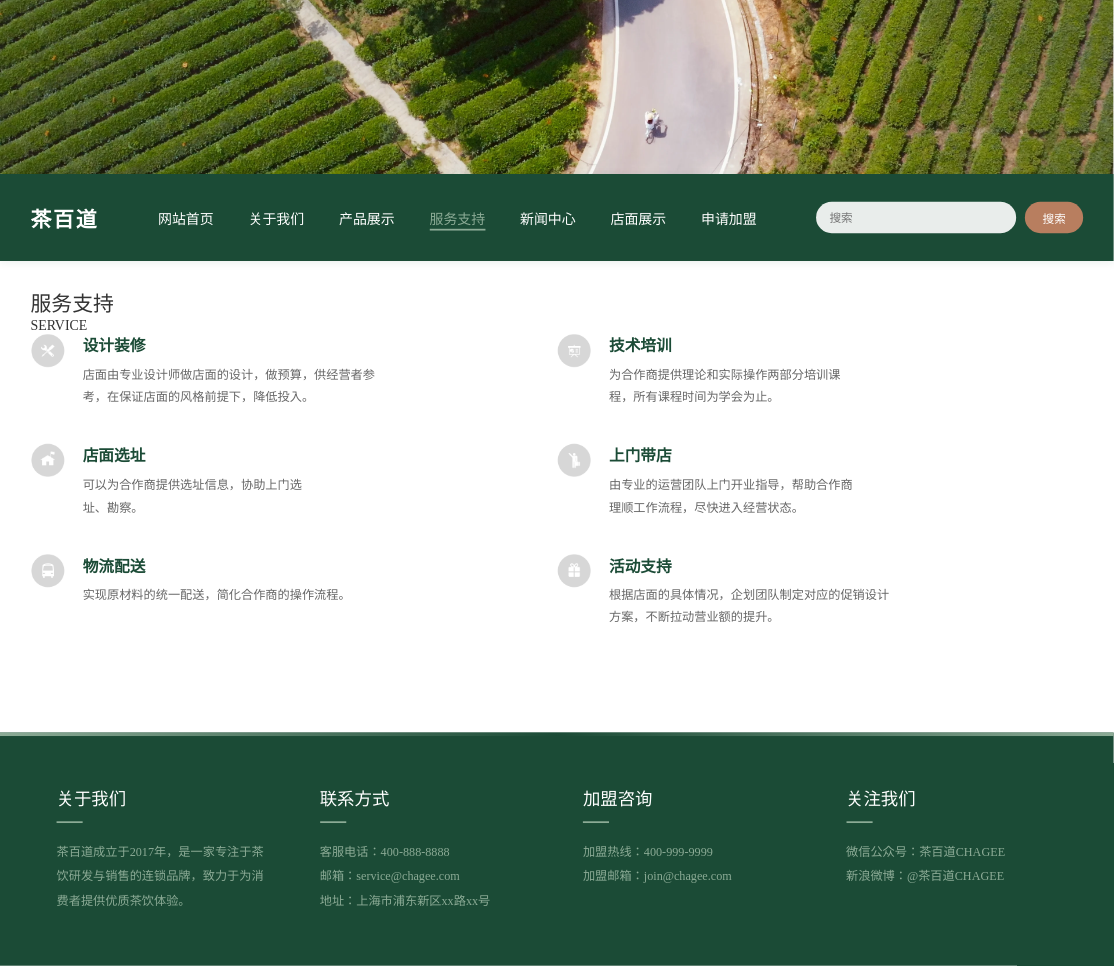
Repository: huang-heavenly-Emperor/chabaidao
Page: service.html
The author's editor kept a copy of each file at every save. The page is drawn from the files as they stood at one save, then again after a run of saves.
The browser window is 1280 px wide. The pictures show the whole page, at 87% of full size.

Above is the page before, as saved 2024-12-13 19:24:58.

### service.html
<!DOCTYPE html>
<html>
<head>
    <meta charset="UTF-8">
    <title>服务支持 - 茶百道</title>
    <link rel="stylesheet" href="css/common.css">
    <link rel="stylesheet" href="css/pages/service.css">
</head>
<body>
    <div class="container">
        <!-- 头部区域 -->
        <div class="header">
            <div class="top-banner">
                <img src="./images/common/header-bg.webp" alt="顶部横幅">
            </div>
            <div class="nav">
                <div class="nav-content">
                    <div class="logo">
                        <h1>茶百道</h1>
                    </div>
                    <ul class="nav-list">
                        <li><a href="./index.html">网站首页</a></li>
                        <li><a href="./about.html">关于我们</a></li>
                        <li><a href="./products.html">产品展示</a></li>
                        <li><a href="./service.html" class="active">服务支持</a></li>
                        <li><a href="./news.html">新闻中心</a></li>
                        <li><a href="./stores.html">店面展示</a></li>
                        <li><a href="./join.html">申请加盟</a></li>
                    </ul>
                    <div class="search">
                        <input type="text" placeholder="搜索">
                        <button>搜索</button>
                    </div>
                </div>
            </div>
        </div>

        <!-- 主要内容 -->
        <div class="main">
            <div class="service-title">
                <h2>服务支持</h2>
                <p>SERVICE</p>
            </div>

            <div class="service-content">
                <ul class="service-left">
                    <li class="dian1">
                        <h3>设计装修</h3>
                        <span>店面由专业设计师做店面的设计，做预算，供经营者参<br>考，在保证店面的风格前提下，降低投入。</span>
                    </li>
                    <li class="dian2">
                        <h3>店面选址</h3>
                        <span>可以为合作商提供选址信息，协助上门选<br>址、勘察。</span>
                    </li>
                    <li class="dian3">
                        <h3>物流配送</h3>
                        <span>实现原材料的统一配送，简化合作商的操作流程。</span>
                    </li>
                </ul>

                <ul class="service-right">
                    <li class="dian4">
                        <h3>技术培训</h3>
                        <span>为合作商提供理论和实际操作两部分培训课<br>程，所有课程时间为学会为止。</span>
                    </li>
                    <li class="dian5">
                        <h3>上门带店</h3>
                        <span>由专业的运营团队上门开业指导，帮助合作商<br>理顺工作流程，尽快进入经营状态。</span>
                    </li>
                    <li class="dian6">
                        <h3>活动支持</h3>
                        <span>根据店面的具体情况，企划团队制定对应的促销设计<br>方案，不断拉动营业额的提升。</span>
                    </li>
                </ul>
            </div>
        </div>

        <!-- 底部区域 -->
        <div class="footer">
            <div class="footer-content">
                <div class="footer-section">
                    <h3>关于我们</h3>
                    <p>茶百道成立于2017年，是一家专注于茶饮研发与销售的连锁品牌，致力于为消费者提供优质茶饮体验。</p>
                </div>
                <div class="footer-section">
                    <h3>联系方式</h3>
                    <p>客服电话：400-888-8888</p>
                    <p>邮箱：service@chagee.com</p>
                    <p>地址：上海市浦东新区xx路xx号</p>
                </div>
                <div class="footer-section">
                    <h3>加盟咨询</h3>
                    <p>加盟热线：400-999-9999</p>
                    <p>加盟邮箱：join@chagee.com</p>
                </div>
                <div class="footer-section">
                    <h3>关注我们</h3>
                    <p>微信公众号：茶百道CHAGEE</p>
                    <p>新浪微博：@茶百道CHAGEE</p>
                </div>
            </div>
        </div>

        <!-- 返回顶部按钮 -->
        <div class="back-top"></div>
    </div>
    <script src="js/back-to-top.js"></script>
</body>
</html>

### css/common.css
/* 默认样式重置 */
* {
    margin: 0;
    padding: 0;
}

body {
    font-size: 16px;
    color: #333;
    background: #fff;
}

img {
    border: none;
}

ul, li {
    list-style: none;
}

a {
    text-decoration: none;
    color: #333;
}

h1, h2, h3, h4, h5, h6 {
    font-weight: normal;
}



/* 通用标题样式 */
.section-title {
    text-align: center;
    padding: 50px 0 30px;
    position: relative;
    display: flex;
    align-items: center;
    justify-content: center;
    flex-direction: column;
}

.section-title h2 {
    font-size: 32px;
    color: #1B4B36;
    margin-bottom: 10px;
    font-weight: bold;
}

.section-title .en-title {
    color: #8CAB96;
    font-size: 16px;
    letter-spacing: 2px;
    text-transform: uppercase;
    position: relative;
    display: flex;
    align-items: center;
    padding: 0 20px;
}

.section-title .en-title:before,
.section-title .en-title:after {
    content: '';
    height: 1px;
    width: 100px;
    background: #B87E5F;
    margin: 0 20px;
}

/* 调整各个部分的标题内边距 */
.about-section .section-title,
.story-section .section-title,
.advantage-section .section-title,
.products-section .section-title,
.news-section .section-title,
.join-section .section-title {
    padding-top: 0;
}



/* 头部样式 */
.header {
    width: 100%;
}

.top-banner {
    width: 100%;
    height: 200px;
    overflow: hidden;
}

.top-banner img {
    width: 100%;
    height: 100%;
    object-fit: cover;
}

.nav {
    width: 100%;
    height: 100px;
    background: #1B4B36;
    position: sticky;
    top: 0;
    z-index: 100;
    box-shadow: 0 2px 10px rgba(27, 75, 54, 0.1);
}

.nav-content {
    width: 1210px;
    margin: 0 auto;
    display: flex;
    justify-content: space-between;
    align-items: center;
    height: 100%;
}

.logo {
    color: #fff;
}

.logo h1 {
    font-size: 24px;
    font-weight: bold;
    letter-spacing: 2px;
}

.nav-list {
    display: flex;
    list-style: none;
}

.nav-list li a {
    color: #fff;
    text-decoration: none;
    padding: 0 20px;
    font-size: 16px;
    transition: all 0.3s;
    position: relative;
}

.nav-list li a:hover,
.nav-list li a.active {
    color: #8CAB96;
}

.nav-list li a:after {
    content: '';
    position: absolute;
    bottom: -5px;
    left: 50%;
    transform: translateX(-50%);
    width: 0;
    height: 2px;
    background: #8CAB96;
    transition: width 0.3s;
}

.nav-list li a:hover:after,
.nav-list li a.active:after {
    width: calc(100% - 40px);
}

.nav-list li a.active {
    font-weight: 500;
}

.search {
    display: flex;
    align-items: center;
}

.search input {
    width: 200px;
    height: 36px;
    padding: 0 15px;
    border: none;
    border-radius: 18px;
    outline: none;
    background: rgba(255, 255, 255, 0.9);
}

.search button {
    height: 36px;
    padding: 0 20px;
    margin-left: 10px;
    border: none;
    border-radius: 18px;
    background: #B87E5F;
    color: #fff;
    cursor: pointer;
    transition: background 0.3s;
}

.search button:hover {
    background: #9a6547;
}

/* 底部样式 */
.footer {
    background: #1B4B36;
    padding: 60px 0;
    margin-top: 50px;
    position: relative;
}

.footer:before {
    content: '';
    position: absolute;
    top: 0;
    left: 0;
    width: 100%;
    height: 4px;
    background: linear-gradient(90deg, #8CAB96, #1B4B36, #8CAB96);
}

.footer-content {
    width: 1210px;
    margin: 0 auto;
    display: flex;
    justify-content: space-between;
}

.footer-section {
    flex: 1;
    padding: 0 30px;
}

.footer-section h3 {
    color: #fff;
    font-size: 20px;
    margin-bottom: 20px;
    position: relative;
    padding-bottom: 15px;
}

.footer-section h3:after {
    content: '';
    position: absolute;
    bottom: 0;
    left: 0;
    width: 30px;
    height: 2px;
    background: #8CAB96;
    transition: width 0.3s;
}

.footer-section:hover h3:after {
    width: 50px;
}

.footer-section p {
    color: #8CAB96;
    line-height: 2;
    font-size: 14px;
}

/* 返回顶部按钮 */
.back-top {
    position: fixed;
    right: 40px;
    bottom: 40px;
    width: 50px;
    height: 50px;
    background: #b87e5f;
    color: #fff;
    text-align: center;
    line-height: 50px;
    border-radius: 50%;
    cursor: pointer;
    transition: all 0.3s;
    opacity: 0;
    visibility: hidden;
    z-index: 999;
    font-size: 20px;
    box-shadow: 0 2px 10px rgba(0,0,0,0.1);
}

.back-top:hover {
    background: #9a6547;
    transform: translateY(-5px);
}

.back-top.show {
    opacity: 1;
    visibility: visible;
}

.back-top:after {
    content: '↑';
    display: block;
    color: #fff;
    font-size: 20px;
    line-height: 50px;
}

### css/pages/service.css
/* 主要内容 */
.main {
    width: 1210px;
    margin: 0 auto;
    padding: 30px 0;
}

/* 服务内容 */
.service-content {
    width: 100%;
    overflow: hidden;
}

.service-left, .service-right {
    width: 50%;
    float: left;
}

/* 服务项目样式 */
.service-left li, .service-right li {
    margin-bottom: 40px;
    padding-left: 60px;
    position: relative;
    min-height: 50px;
}

/* 图标样式 */
.dian1, .dian2, .dian3, .dian4, .dian5, .dian6 {
    background-repeat: no-repeat;
    background-position: left top;
    background-size: 40px;
}

.dian1 { background-image: url('../../images/service/dian1.png'); }
.dian2 { background-image: url('../../images/service/hdian2.png'); }
.dian3 { background-image: url('../../images/service/dian3.png'); }
.dian4 { background-image: url('../../images/service/dian4.png'); }
.dian5 { background-image: url('../../images/service/dian5.png'); }
.dian6 { background-image: url('../../images/service/dian6.png'); }

/* 文字样式 */
.service-left li h3, .service-right li h3 {
    font-size: 18px;
    color: #1B4B36;
    margin-bottom: 10px;
    font-weight: bold;
}

.service-left li span, .service-right li span {
    color: #666;
    line-height: 1.8;
    font-size: 14px;
    display: block;
}

### js/back-to-top.js
// 获取返回顶部按钮元素
var backTop = document.querySelector('.back-top');

// 监听滚动事件
window.addEventListener('scroll', function() {
    // 当页面滚动超过300px时显示按钮
    if (window.pageYOffset > 300) {
        backTop.classList.add('show');
    } else {
        backTop.classList.remove('show');
    }
});

// 点击返回顶部
backTop.addEventListener('click', function() {
    // 平滑滚动到顶部
    window.scrollTo({
        top: 0,
        behavior: 'smooth'
    });
});

After the next 2 saves:
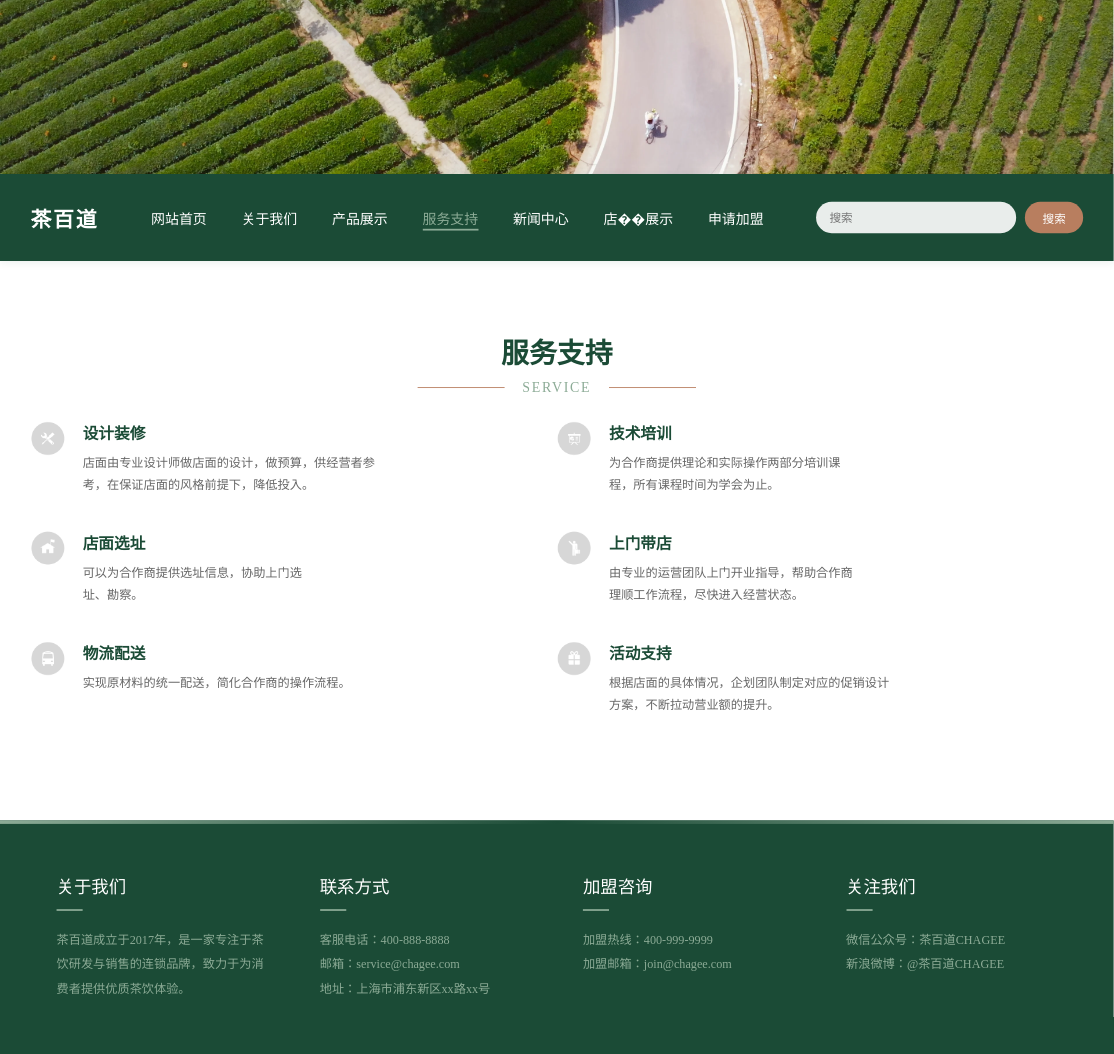
The 2 saves are shown as one change because they came seconds apart.
The last was saved 27 s later.
--- a/service.html
+++ b/service.html
@@ -24,7 +24,7 @@
                         <li><a href="./products.html">产品展示</a></li>
                         <li><a href="./service.html" class="active">服务支持</a></li>
                         <li><a href="./news.html">新闻中心</a></li>
-                        <li><a href="./stores.html">店面展示</a></li>
+                        <li><a href="./stores.html">店��展示</a></li>
                         <li><a href="./join.html">申请加盟</a></li>
                     </ul>
                     <div class="search">
@@ -37,9 +37,9 @@
 
         <!-- 主要内容 -->
         <div class="main">
-            <div class="service-title">
+            <div class="section-title">
                 <h2>服务支持</h2>
-                <p>SERVICE</p>
+                <div class="en-title">SERVICE</div>
             </div>
 
             <div class="service-content">
